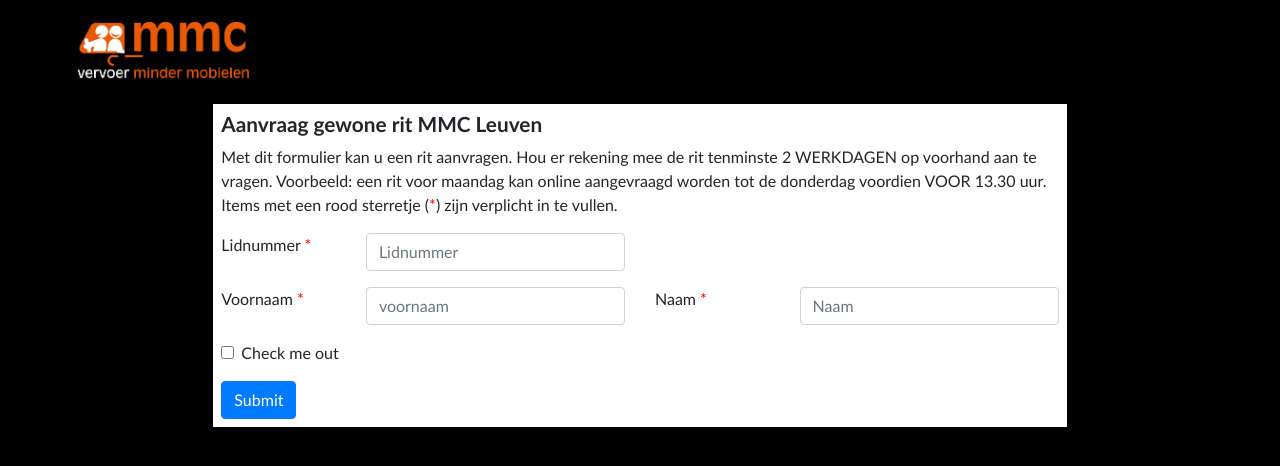
Repository: tclaes/vera
Page: index.html
These files come from the project's save history. The page is drawn as it stood at one moment and after a run of saves; the edit follows.
The browser window is 1280 px wide. The pictures show the whole page.

Above is the page before, as saved 2018-11-12 15:45:48.

After the next 2 saves:
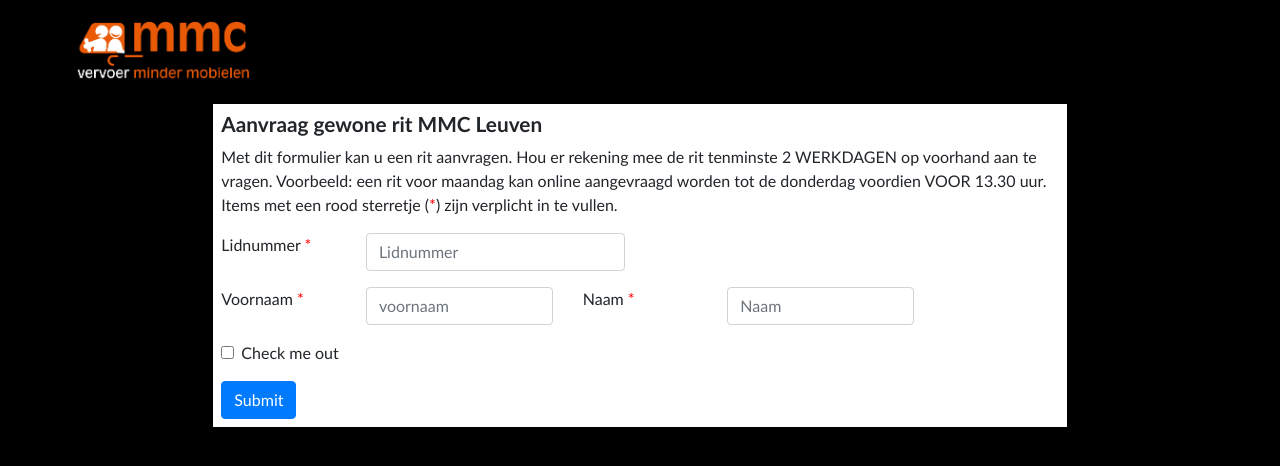
The 2 saves are shown as one change because they came seconds apart.
The last was saved 23 s later.
--- a/index.html
+++ b/index.html
@@ -49,14 +49,14 @@
               <div class="col-md-2">
                 <label for="voornaam">Voornaam <span class="red">*</span></label>
               </div>
-              <div class="col-md-4">
+              <div class="col-md-3">
                 <input type="text" class="form-control" id="voornaam" placeholder="voornaam">
               </div>
 
                 <div class="col-md-2">
                   <label for="voornaam">Naam <span class="red">*</span></label>
                 </div>
-                <div class="col-md-4">
+                <div class="col-md-3">
                   <input type="text" class="form-control" id="naam" placeholder="Naam">
                 </div>
               </div>
